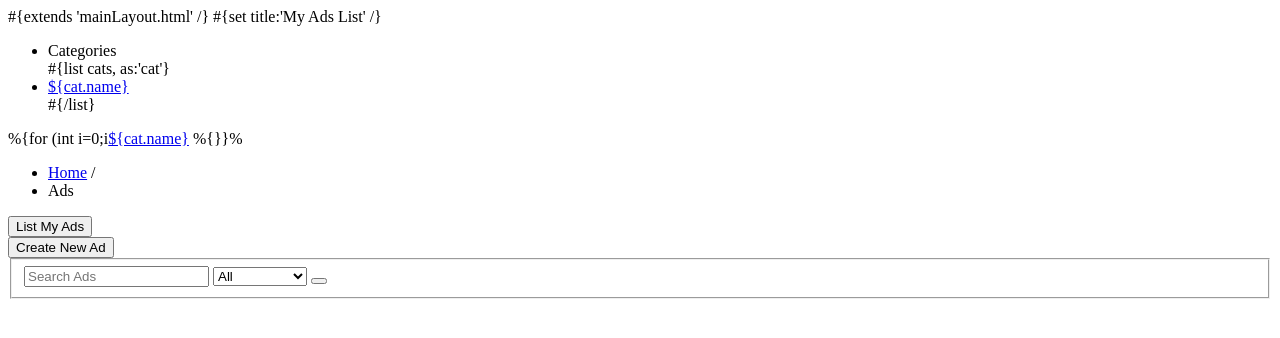
Repository: Maalejm/SEBA
Page: SlifeWebSite/app/views/Ads/index.html
The author's editor kept a copy of each file at every save. The page is drawn from the files as they stood at one save, then again after the next save.
The browser window is 1280 px wide. The pictures show the whole page.

Above is the page before, as saved 2013-06-17 11:36:40.
Console error: SyntaxError: Invalid or unexpected token

### SlifeWebSite/app/views/Ads/index.html
#{extends 'mainLayout.html' /}
#{set title:'My Ads List' /}




<div class="container-fluid">

            <div class="row-fluid">
                <div class="span2">

                    <ul class="nav nav-list">
                        <li class="nav-header">Categories</li>

                        #{list cats, as:'cat'}
                         <li
                         %{ if(cat.id==1) { }%
                          class="active"
                         %{ } }%
                         ><a class="catNav" href="${cat.id}">${cat.name}</a></li>
                        #{/list}

                    </ul>

                    <div>

                      %{for (int i=0;i<cats.size();i++) {
                        //Category cat=cats.get(i);
                        int fontsize=20;

                       }%
                       <span style="font-size:${fontsize}px"><a class="catNav" href="${cat.id}">${cat.name}</a></span>
                      %{}}%



                    </div>
                    <!--Sidebar content-->
                </div>
                <div class="span10">
                    <ul class="breadcrumb">
                        <li><a href="#">Home</a> <span class="divider">/</span></li>
                        <li class="active">Ads</li>
                    </ul>

                    <div class="btn-group">
                        <button class="btn">List My Ads</button>
                    </div>

                    <div class="btn-group">
                        <button class="btn">Create New Ad</button>
                    </div>

                    <div class="span10 searchForm">

                            <fieldset>

                                <input name="search" class="span7" type="text" id="search"  placeholder="Search Ads" >
                                    <select id="category" class="span3">
                                        <option value="0">All</option>

                                        #{list cats, as:'cat'}
                                        <option value="${cat.id}">${cat.name}</option>
                                        #{/list}
                                    </select>

                                    <button type="submit" class="btn btn-primary"> <i class="icon-search icon-white"></i></button>
                           </fieldset>

                    </div>

                    <div  id="result">





           </div>



                    <!--Body content-->
                </div>
            </div>
        </div>





<script type="text/javascript" charset="${_response_encoding}">

    // Rebuild state

    $('#search').val(sessvars.search)
    //if(sessvars.page == undefined) {
        sessvars.page = 1
    //}

    //if(sessvars.firstPage == undefined) {
        sessvars.firstPage = 1
    //}

    //if(sessvars.lastPage == undefined) {
        sessvars.lastPage = 10
    //}


    // Search function
    var search = function() {


        loadData($('#search').val(),$('#category').val(),10)

    }

    var loadData=function(search,category,size){

    	sessvars.search = search
        sessvars.category = category
        sessvars.size =size //$('#size').val()
        var listAction = #{jsAction @list(':search',':category', ':size', ':page',':firstPage',':lastPage') /}
        $('#result').load(listAction({search: sessvars.search,category :sessvars.category , size: sessvars.size, page: sessvars.page
        	, firstPage: sessvars.firstPage, lastPage: sessvars.lastPage}), function() {


        })

    }

    // Events handler
    $('#submit').click(function() {
        sessvars.page = 1

        search()
    })
    $('#search').keyup(function() {
        sessvars.page = 1

        search()
    })

    $('#category').change(function() {
        sessvars.page = 1

        search()
    })


    $('#nextPage').live('click', function(e) {

    	pageinfo= $(this).attr('href').split(';');
    	sessvars.page =pageinfo[0]
        sessvars.firstPage=pageinfo[1]
        sessvars.lastPage=pageinfo[2]

        e.preventDefault()
        search()
    })

    $('#prePage').live('click', function(e) {
    	pageinfo= $(this).attr('href').split(';');
    	sessvars.page =pageinfo[0]
        sessvars.firstPage=pageinfo[1]
        sessvars.lastPage=pageinfo[2]

        e.preventDefault()
        search()
    })

    $('.pagebtn').live('click', function(e) {

    	pageinfo= $(this).attr('href').split(';');
    	sessvars.page =pageinfo[0]
        sessvars.firstPage=pageinfo[1]
        sessvars.lastPage=pageinfo[2]
        e.preventDefault()
        search()
    })


    $('.catNav').live('click', function(e) {



    	sessvars.page =1
        sessvars.firstPage=1
        sessvars.lastPage=10
        $('#search').val("")
        $('.catNav').parent().removeClass('active');
        $(this).parent().addClass('active');
    	e.preventDefault()

       loadData("",$(this).attr('href'),10)
    })

    // Init
    if(sessvars.search != undefined) {
        search()

    }

</script>

After the next save:
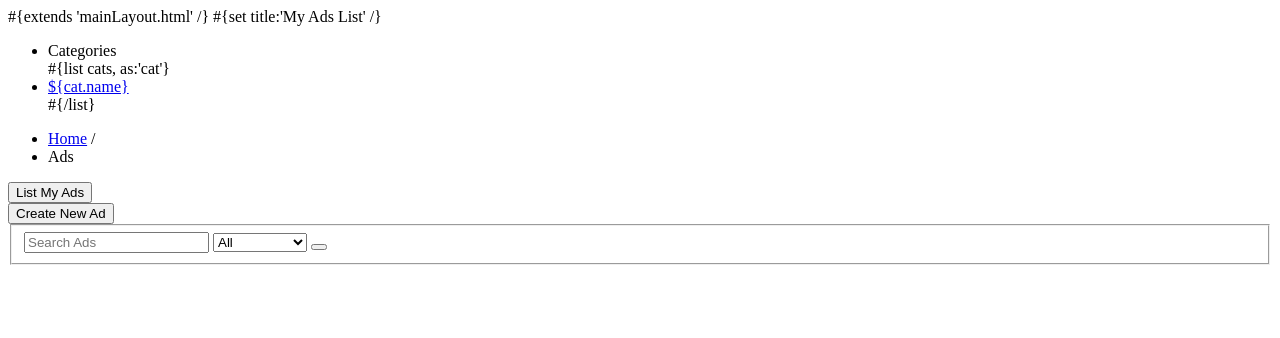
Saved 42 s later.
--- a/SlifeWebSite/app/views/Ads/index.html
+++ b/SlifeWebSite/app/views/Ads/index.html
@@ -23,15 +23,6 @@
                     </ul>
 
                     <div>
-
-                      %{for (int i=0;i<cats.size();i++) {
-                        //Category cat=cats.get(i);
-                        int fontsize=20;
-
-                       }%
-                       <span style="font-size:${fontsize}px"><a class="catNav" href="${cat.id}">${cat.name}</a></span>
-                      %{}}%
-
 
 
                     </div>
